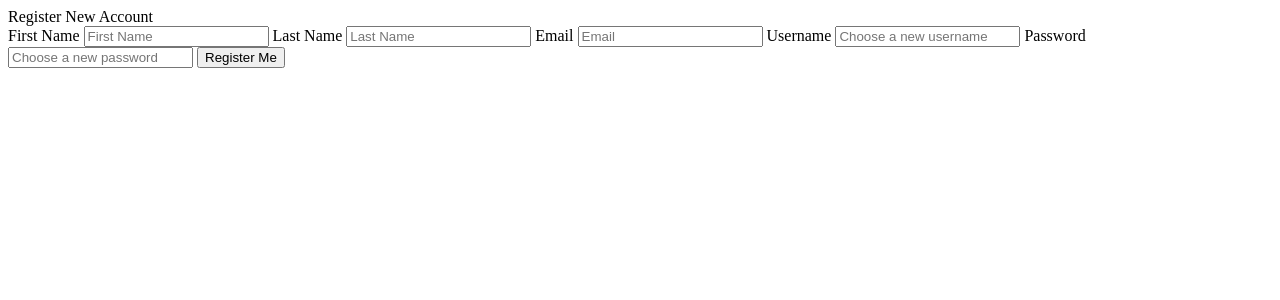
Repository: DevZubair/ionic-test
Page: www/templates/register.html
The author's editor kept a record of every edit. The page is drawn from the files as they stood at one moment, then again after the next edit.
The browser window is 1280 px wide. The pictures show the whole page.

Above is the page before.

After the next edit:
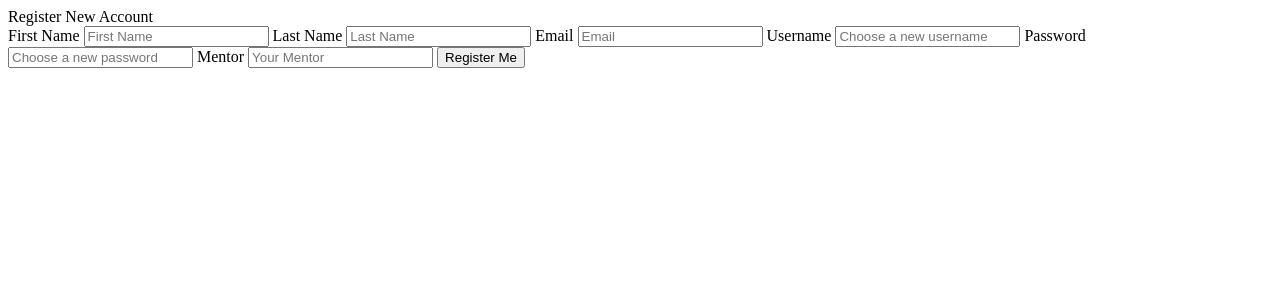
The edit:
--- a/www/templates/register.html
+++ b/www/templates/register.html
@@ -34,6 +34,10 @@
               <span class="input-label">Password</span>
               <input type="text" placeholder="Choose a new password"  ng-model="$parent.userPassword">
             </label>
+            <label class="item item-input">
+              <span class="input-label">Mentor</span>
+              <input type="text" placeholder="Your Mentor"  ng-model="$parent.userMentor">
+            </label>
             <!-- will let them write about me in the profile page
             <label class="item">
               <label class="item item-input">
